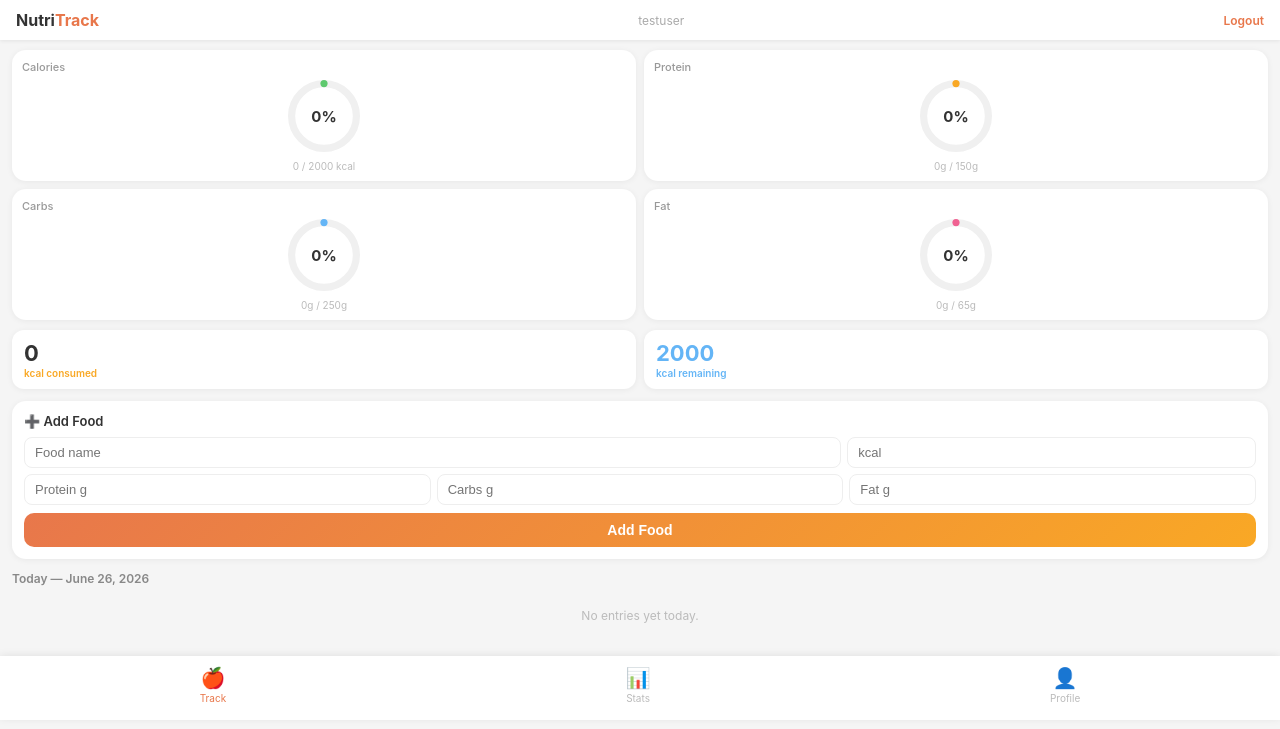
Repository: STIVEN396/Nutritrack
Page: http://localhost/
These files come from the project's save history. The page is drawn as it stood at one moment and after the next save; the edit follows.
The browser window is 1280 px wide. The pictures show the whole page.
The page is served by the project's application, run on Django 5.2 (manage.py). A made-up administrator, testuser (Test User, test@example.com), is signed in. Other server files are loaded and not shown. Queries for data that is not in the repository find no rows.

Above is the page before, as saved 2026-06-26 23:45:57.

### tracker/templates/tracker/dashboard.html
<!DOCTYPE html>
<html lang="en">
<head>
<meta charset="UTF-8">
<meta name="viewport" content="width=device-width, initial-scale=1.0">
<title>NutriTrack</title>
<style>
  * { margin: 0; padding: 0; box-sizing: border-box; }
  body { font-family: -apple-system, BlinkMacSystemFont, 'Segoe UI', sans-serif;
         background: #f5f5f5; color: #333; font-size: 14px; }

  .topbar { background: #fff; padding: 10px 16px;
            display: flex; align-items: center; justify-content: space-between;
            box-shadow: 0 1px 4px rgba(0,0,0,.08); position: sticky; top: 0; z-index: 10; }
  .topbar h1 { font-size: 16px; font-weight: 700; }
  .logo-dot { color: #e8774b; }
  .topbar .user { font-size: 12px; color: #aaa; }
  .topbar a { color: #e8774b; font-size: 12px; text-decoration: none; font-weight: 600; }

  .alert { padding: 8px 14px; margin: 8px 12px; border-radius: 8px;
           font-size: 13px; background: #d4edda; color: #155724; }

  /* 4 donuts en 2x2 */
  .cards { display: grid; grid-template-columns: 1fr 1fr; gap: 8px; padding: 10px 12px 4px; }
  .card { background: #fff; border-radius: 14px; padding: 10px 10px 8px;
          box-shadow: 0 1px 6px rgba(0,0,0,.06); text-align: center; }
  .card h3 { font-size: 11px; color: #999; margin-bottom: 6px; text-align: left; font-weight: 500; }

  .donut-wrap { position: relative; width: 72px; height: 72px; margin: 0 auto 4px; }
  .donut-wrap svg { transform: rotate(-90deg); }
  .donut-bg   { fill: none; stroke: #f0f0f0; stroke-width: 10; }
  .donut-fill { fill: none; stroke-width: 10; stroke-linecap: round; }
  .donut-label { position: absolute; top: 50%; left: 50%;
                 transform: translate(-50%, -50%);
                 font-size: 15px; font-weight: 700; }
  .card small { font-size: 10px; color: #bbb; }

  .green  { stroke: #5ec96e; }
  .orange { stroke: #f9a825; }
  .blue   { stroke: #64b5f6; }
  .pink   { stroke: #f06292; }

  /* Stats compactos */
  .stats { display: grid; grid-template-columns: 1fr 1fr; gap: 8px; padding: 6px 12px 4px; }
  .stat-card { background: #fff; border-radius: 12px; padding: 10px 12px;
               box-shadow: 0 1px 6px rgba(0,0,0,.06); }
  .stat-card .num { font-size: 22px; font-weight: 700; }
  .stat-card .lbl { font-size: 10px; color: #f9a825; font-weight: 600; margin-top: 1px; }

  /* Formulario */
  .add-form { background: #fff; border-radius: 14px; margin: 8px 12px;
              padding: 12px; box-shadow: 0 1px 6px rgba(0,0,0,.06); }
  .add-form h3 { font-size: 13px; font-weight: 600; margin-bottom: 8px; }
  .form-row  { display: grid; grid-template-columns: 2fr 1fr; gap: 6px; margin-bottom: 6px; }
  .form-row2 { display: grid; grid-template-columns: 1fr 1fr 1fr; gap: 6px; margin-bottom: 8px; }
  input[type=text], input[type=number] {
    border: 1.5px solid #eee; border-radius: 8px; padding: 7px 10px;
    font-size: 13px; width: 100%; outline: none; transition: border .2s; }
  input:focus { border-color: #e8774b; }
  .btn-add { background: linear-gradient(135deg, #e8774b, #f9a825);
             color: #fff; border: none; border-radius: 10px; padding: 9px;
             width: 100%; font-size: 14px; font-weight: 600; cursor: pointer; }

  /* Lista */
  .entries { padding: 4px 12px 90px; }
  .entries h3 { font-size: 12px; font-weight: 600; margin-bottom: 6px; color: #888; }
  .entry { background: #fff; border-radius: 10px; padding: 9px 12px;
           margin-bottom: 6px; display: flex; justify-content: space-between;
           align-items: center; box-shadow: 0 1px 4px rgba(0,0,0,.05); }
  .entry .name { font-size: 13px; font-weight: 500; }
  .entry .meta { font-size: 11px; color: #bbb; margin-top: 1px; }
  .entry .cal  { font-size: 15px; font-weight: 700; color: #e8774b; }
  .del-btn { background: none; border: none; color: #ddd; cursor: pointer; font-size: 16px; padding: 2px 6px; }
  .del-btn:hover { color: #e55; }

  /* Nav */
  .bottom-nav { position: fixed; bottom: 0; left: 0; right: 0;
                background: #fff; display: flex; justify-content: space-around;
                padding: 10px 0 16px; box-shadow: 0 -1px 8px rgba(0,0,0,.08); }
  .nav-item { display: flex; flex-direction: column; align-items: center;
              font-size: 10px; color: #bbb; text-decoration: none; gap: 2px; }
  .nav-item.active { color: #e8774b; }
  .nav-icon { font-size: 20px; }
</style>
</head>
<body>

<div class="topbar">
  <h1>Nutri<span class="logo-dot">Track</span></h1>
  <span class="user">{{ request.user.username }}</span>
  <a href="{% url 'logout' %}">Logout</a>
</div>

{% if messages %}{% for msg in messages %}
  <div class="alert">{{ msg }}</div>
{% endfor %}{% endif %}

<div class="cards">
  <div class="card">
    <h3>Calories</h3>
    <div class="donut-wrap">
      <svg viewBox="0 0 100 100" width="72" height="72">
        <circle class="donut-bg" cx="50" cy="50" r="45"/>
        <circle class="donut-fill green" cx="50" cy="50" r="45"
          stroke-dasharray="{% widthratio cal_pct 100 283 %} 283"/>
      </svg>
      <div class="donut-label">{{ cal_pct }}%</div>
    </div>
    <small>{{ cal_total }} / {{ daily_goal }} kcal</small>
  </div>

  <div class="card">
    <h3>Protein</h3>
    <div class="donut-wrap">
      <svg viewBox="0 0 100 100" width="72" height="72">
        <circle class="donut-bg" cx="50" cy="50" r="45"/>
        <circle class="donut-fill orange" cx="50" cy="50" r="45"
          stroke-dasharray="{% widthratio pro_pct 100 283 %} 283"/>
      </svg>
      <div class="donut-label">{{ pro_pct }}%</div>
    </div>
    <small>{{ pro_total }}g / 150g</small>
  </div>

  <div class="card">
    <h3>Carbs</h3>
    <div class="donut-wrap">
      <svg viewBox="0 0 100 100" width="72" height="72">
        <circle class="donut-bg" cx="50" cy="50" r="45"/>
        <circle class="donut-fill blue" cx="50" cy="50" r="45"
          stroke-dasharray="{% widthratio car_pct 100 283 %} 283"/>
      </svg>
      <div class="donut-label">{{ car_pct }}%</div>
    </div>
    <small>{{ car_total }}g / 250g</small>
  </div>

  <div class="card">
    <h3>Fat</h3>
    <div class="donut-wrap">
      <svg viewBox="0 0 100 100" width="72" height="72">
        <circle class="donut-bg" cx="50" cy="50" r="45"/>
        <circle class="donut-fill pink" cx="50" cy="50" r="45"
          stroke-dasharray="{% widthratio fat_pct 100 283 %} 283"/>
      </svg>
      <div class="donut-label">{{ fat_pct }}%</div>
    </div>
    <small>{{ fat_total }}g / 65g</small>
  </div>
</div>

<div class="stats">
  <div class="stat-card">
    <div class="num">{{ cal_total }}</div>
    <div class="lbl">kcal consumed</div>
  </div>
  <div class="stat-card">
    <div class="num" style="color:#64b5f6">{{ remaining }}</div>
    <div class="lbl" style="color:#64b5f6">kcal remaining</div>
  </div>
</div>

<div class="add-form">
  <h3>➕ Add Food</h3>
  <form method="post" action="{% url 'add_entry' %}">
    {% csrf_token %}
    <div class="form-row">
      <input type="text" name="name" placeholder="Food name" required>
      <input type="number" name="calories" placeholder="kcal" min="0" required>
    </div>
    <div class="form-row2">
      <input type="number" name="protein" placeholder="Protein g" min="0" step="0.1">
      <input type="number" name="carbs" placeholder="Carbs g" min="0" step="0.1">
      <input type="number" name="fat" placeholder="Fat g" min="0" step="0.1">
    </div>
    <button type="submit" class="btn-add">Add Food</button>
  </form>
</div>

<div class="entries">
  <h3>Today — {{ today }}</h3>
  {% for entry in entries %}
  <div class="entry">
    <div>
      <div class="name">{{ entry.name }}</div>
      <div class="meta">P {{ entry.protein }}g · C {{ entry.carbs }}g · F {{ entry.fat }}g</div>
    </div>
    <div style="display:flex;align-items:center;gap:6px">
      <span class="cal">{{ entry.calories }}</span>
      <form method="post" action="{% url 'delete_entry' entry.pk %}">
        {% csrf_token %}<button class="del-btn" type="submit">✕</button>
      </form>
    </div>
  </div>
  {% empty %}
    <p style="color:#bbb;font-size:12px;text-align:center;padding:16px">No entries yet today.</p>
  {% endfor %}
</div>

<nav class="bottom-nav">
  <a class="nav-item active" href="{% url 'dashboard' %}"><span class="nav-icon">🍎</span>Track</a>
  <a class="nav-item" href="{% url 'dashboard' %}"><span class="nav-icon">📊</span>Stats</a>
  <a class="nav-item" href="{% url 'dashboard' %}"><span class="nav-icon">👤</span>Profile</a>
</nav>

</body>
</html>

### tracker/views.py
from django.shortcuts import render, redirect, get_object_or_404
from django.contrib.auth.decorators import login_required
from django.contrib.auth.forms import UserCreationForm
from django.contrib import messages
from django.db.models import Sum
from datetime import date
from .models import FoodEntry

DAILY_GOAL = 2000  # kcal goal

@login_required
def dashboard(request):
    today = date.today()
    entries = FoodEntry.objects.filter(user=request.user, date=today)

    totals = entries.aggregate(
        cal=Sum('calories'), pro=Sum('protein'),
        car=Sum('carbs'), fat=Sum('fat')
    )
    cal_total  = totals['cal'] or 0
    pro_total  = totals['pro'] or 0
    car_total  = totals['car'] or 0
    fat_total  = totals['fat'] or 0

    cal_pct  = min(int(cal_total / DAILY_GOAL * 100), 999)
    pro_goal = 150  # g
    car_goal = 250  # g
    fat_goal = 65   # g
    pro_pct  = min(int(pro_total / pro_goal * 100), 999)
    car_pct  = min(int(car_total / car_goal * 100), 999)
    fat_pct  = min(int(fat_total / fat_goal * 100), 999)

    return render(request, 'tracker/dashboard.html', {
        'entries': entries,
        'cal_total': cal_total,  'cal_pct': cal_pct,
        'pro_total': round(pro_total, 1), 'pro_pct': pro_pct,
        'car_total': round(car_total, 1), 'car_pct': car_pct,
        'fat_total': round(fat_total, 1), 'fat_pct': fat_pct,
        'daily_goal': DAILY_GOAL,
        'remaining': max(DAILY_GOAL - cal_total, 0),
        'today': today,
    })

@login_required
def add_entry(request):
    if request.method == 'POST':
        name     = request.POST.get('name', '').strip()
        calories = request.POST.get('calories', 0)
        protein  = request.POST.get('protein', 0)
        carbs    = request.POST.get('carbs', 0)
        fat      = request.POST.get('fat', 0)
        if name and calories:
            FoodEntry.objects.create(
                user=request.user, name=name,
                calories=int(calories), protein=float(protein),
                carbs=float(carbs), fat=float(fat)
            )
            messages.success(request, f'"{name}" added successfully!')
        return redirect('dashboard')
    return redirect('dashboard')

@login_required
def delete_entry(request, pk):
    entry = get_object_or_404(FoodEntry, pk=pk, user=request.user)
    entry.delete()
    messages.success(request, 'Entry deleted.')
    return redirect('dashboard')

def register(request):
    if request.method == 'POST':
        form = UserCreationForm(request.POST)
        if form.is_valid():
            form.save()
            messages.success(request, 'Account created! You can now log in.')
            return redirect('login')
    else:
        form = UserCreationForm()
    return render(request, 'tracker/register.html', {'form': form})

### nutritrack/urls.py
from django.contrib import admin
from django.urls import path, include
from django.contrib.auth import views as auth_views

urlpatterns = [
    path('admin/', admin.site.urls),
    path('', include('tracker.urls')),
    path('login/', auth_views.LoginView.as_view(template_name='tracker/login.html'), name='login'),
    path('logout/', auth_views.LogoutView.as_view(), name='logout'),
]

### tracker/urls.py
from django.urls import path
from . import views

urlpatterns = [
    path('', views.dashboard, name='dashboard'),
    path('add/', views.add_entry, name='add_entry'),
    path('delete/<int:pk>/', views.delete_entry, name='delete_entry'),
    path('register/', views.register, name='register'),
]

After the next save:
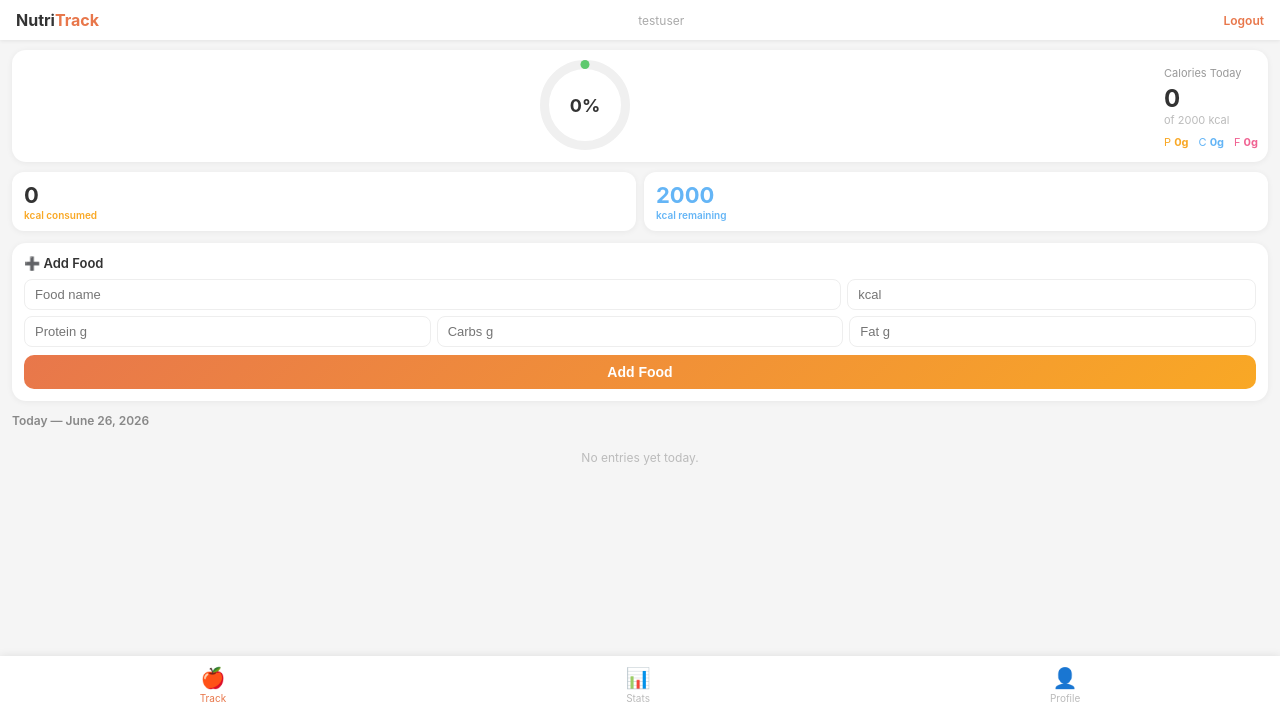
Saved 2 min 2 s later.
--- a/tracker/templates/tracker/dashboard.html
+++ b/tracker/templates/tracker/dashboard.html
@@ -21,7 +21,7 @@
            font-size: 13px; background: #d4edda; color: #155724; }
 
   /* 4 donuts en 2x2 */
-  .cards { display: grid; grid-template-columns: 1fr 1fr; gap: 8px; padding: 10px 12px 4px; }
+  .cards { display: grid; grid-template-columns: 1fr; gap: 8px; padding: 10px 12px 4px; }
   .card { background: #fff; border-radius: 14px; padding: 10px 10px 8px;
           box-shadow: 0 1px 6px rgba(0,0,0,.06); text-align: center; }
   .card h3 { font-size: 11px; color: #999; margin-bottom: 6px; text-align: left; font-weight: 500; }
@@ -96,56 +96,25 @@
 {% endfor %}{% endif %}
 
 <div class="cards">
-  <div class="card">
-    <h3>Calories</h3>
-    <div class="donut-wrap">
-      <svg viewBox="0 0 100 100" width="72" height="72">
+  <div class="card" style="display:flex;align-items:center;gap:16px;text-align:left;">
+    <div class="donut-wrap" style="flex-shrink:0;width:90px;height:90px;">
+      <svg viewBox="0 0 100 100" width="90" height="90">
         <circle class="donut-bg" cx="50" cy="50" r="45"/>
         <circle class="donut-fill green" cx="50" cy="50" r="45"
           stroke-dasharray="{% widthratio cal_pct 100 283 %} 283"/>
       </svg>
-      <div class="donut-label">{{ cal_pct }}%</div>
+      <div class="donut-label" style="font-size:18px;">{{ cal_pct }}%</div>
     </div>
-    <small>{{ cal_total }} / {{ daily_goal }} kcal</small>
-  </div>
-
-  <div class="card">
-    <h3>Protein</h3>
-    <div class="donut-wrap">
-      <svg viewBox="0 0 100 100" width="72" height="72">
-        <circle class="donut-bg" cx="50" cy="50" r="45"/>
-        <circle class="donut-fill orange" cx="50" cy="50" r="45"
-          stroke-dasharray="{% widthratio pro_pct 100 283 %} 283"/>
-      </svg>
-      <div class="donut-label">{{ pro_pct }}%</div>
+    <div>
+      <div style="font-size:11px;color:#999;margin-bottom:4px;">Calories Today</div>
+      <div style="font-size:24px;font-weight:700;">{{ cal_total }}</div>
+      <div style="font-size:11px;color:#bbb;">of {{ daily_goal }} kcal</div>
+      <div style="margin-top:8px;display:flex;gap:10px;">
+        <span style="font-size:11px;color:#f9a825;">P <b>{{ pro_total }}g</b></span>
+        <span style="font-size:11px;color:#64b5f6;">C <b>{{ car_total }}g</b></span>
+        <span style="font-size:11px;color:#f06292;">F <b>{{ fat_total }}g</b></span>
+      </div>
     </div>
-    <small>{{ pro_total }}g / 150g</small>
-  </div>
-
-  <div class="card">
-    <h3>Carbs</h3>
-    <div class="donut-wrap">
-      <svg viewBox="0 0 100 100" width="72" height="72">
-        <circle class="donut-bg" cx="50" cy="50" r="45"/>
-        <circle class="donut-fill blue" cx="50" cy="50" r="45"
-          stroke-dasharray="{% widthratio car_pct 100 283 %} 283"/>
-      </svg>
-      <div class="donut-label">{{ car_pct }}%</div>
-    </div>
-    <small>{{ car_total }}g / 250g</small>
-  </div>
-
-  <div class="card">
-    <h3>Fat</h3>
-    <div class="donut-wrap">
-      <svg viewBox="0 0 100 100" width="72" height="72">
-        <circle class="donut-bg" cx="50" cy="50" r="45"/>
-        <circle class="donut-fill pink" cx="50" cy="50" r="45"
-          stroke-dasharray="{% widthratio fat_pct 100 283 %} 283"/>
-      </svg>
-      <div class="donut-label">{{ fat_pct }}%</div>
-    </div>
-    <small>{{ fat_total }}g / 65g</small>
   </div>
 </div>
 
